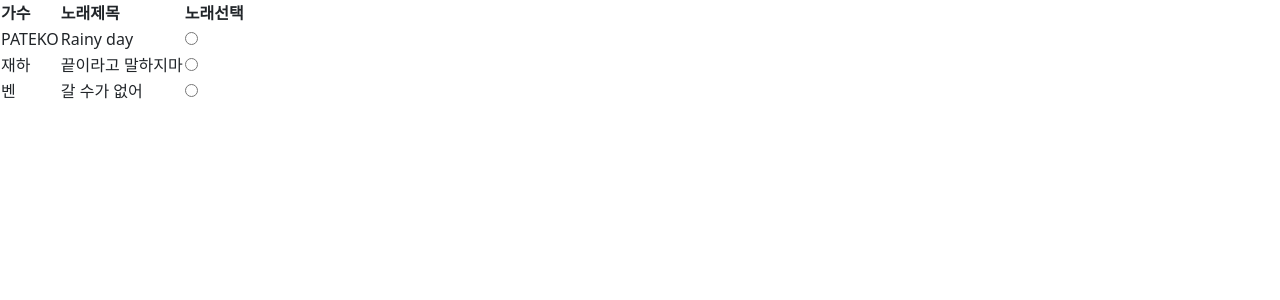
Repository: limbbbyoung/JSP_practice
Page: http://localhost/JSPbasic/jspobject/quiz/music.jsp
These files come from the project's save history. The page is drawn as it stood at one moment and after the next save; the edit follows.
The browser window is 1280 px wide. The pictures show the whole page.
The page is served by Tomcat 9.

Above is the page before, as saved 2022-03-28 09:40:05.

After the next save:
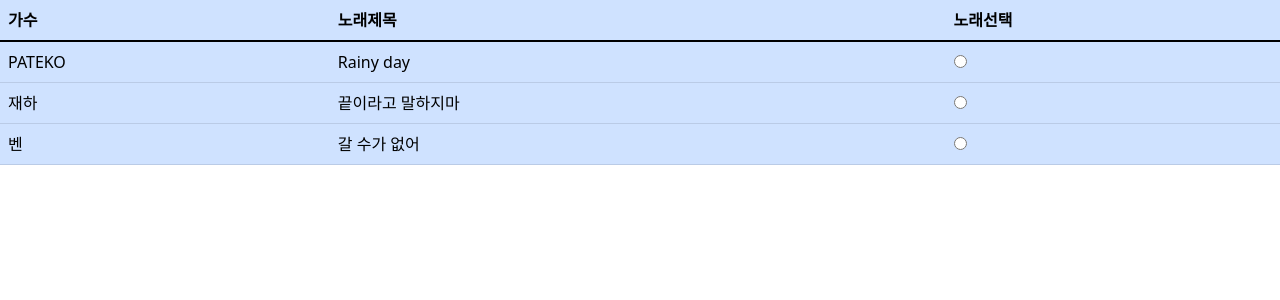
Saved 27 s later.
--- a/JSPbasic/src/main/webapp/jspobject/quiz/music.jsp
+++ b/JSPbasic/src/main/webapp/jspobject/quiz/music.jsp
@@ -9,7 +9,7 @@
 </head>
 <body>
     <form action="music_result.jsp" method="post">
-    <table table-bolder>
+    <table class="table table-border table-hover table-primary">
     <thead>
         <tr>
           <th>가수</th>
